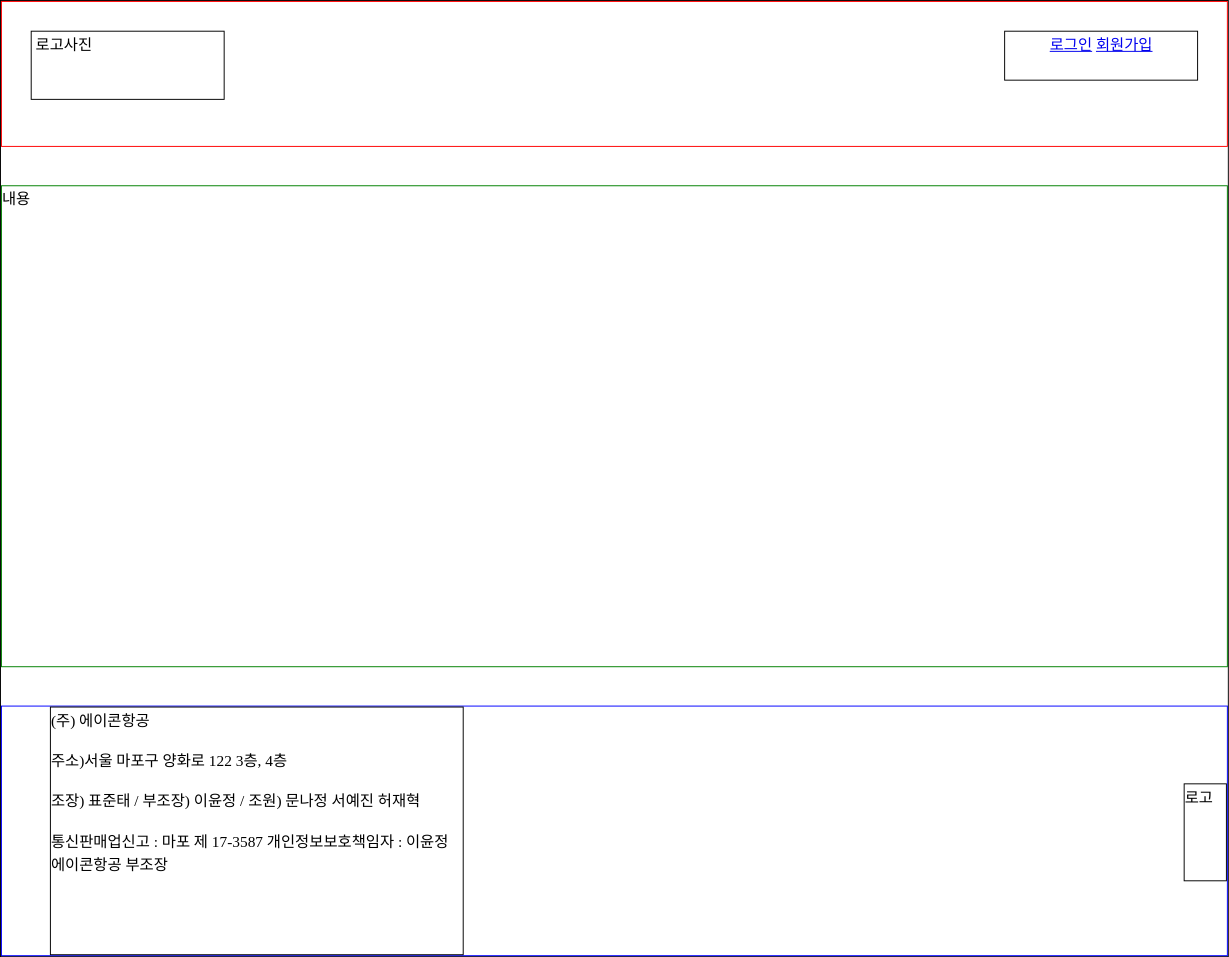
Repository: juntae710/Acorn_AirlineReservation_Project
Page: http://localhost/prj3_1/WEB-INF/views/h_index.jsp
An editor plug-in stored every save of this project. The page is shown before and after the next save, followed by the edit.
The browser window is 1280 px wide. The pictures show the whole page, at 96% of full size.
The page is served by Tomcat 9. Nobody is signed in. The template is opened directly, without the code that normally fills it, so the values that code supplies are empty.

Above is the page before, as saved 2023-09-20 01:18:14.

After the next save:
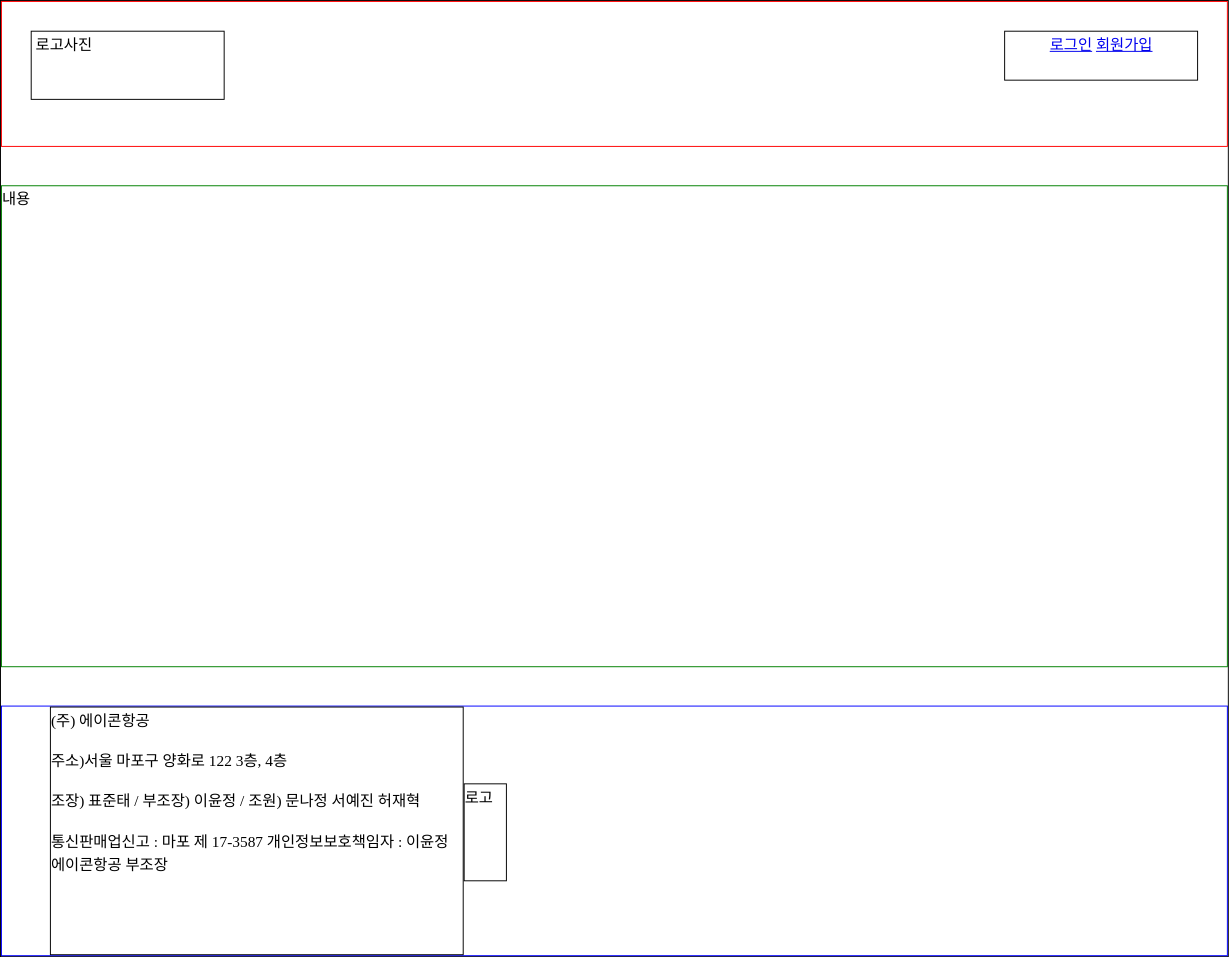
Saved 16 s later.
--- a/Eclipse/prj3_1/src/main/webapp/WEB-INF/views/h_index.jsp
+++ b/Eclipse/prj3_1/src/main/webapp/WEB-INF/views/h_index.jsp
@@ -65,7 +65,7 @@ width: 1000px;
 border: 1px solid black;
 width: 100px;
 height: 100px;
-margin-left: 750px;
+margin-right: 750px;
 margin-top: 80px;
 }
 </style>
